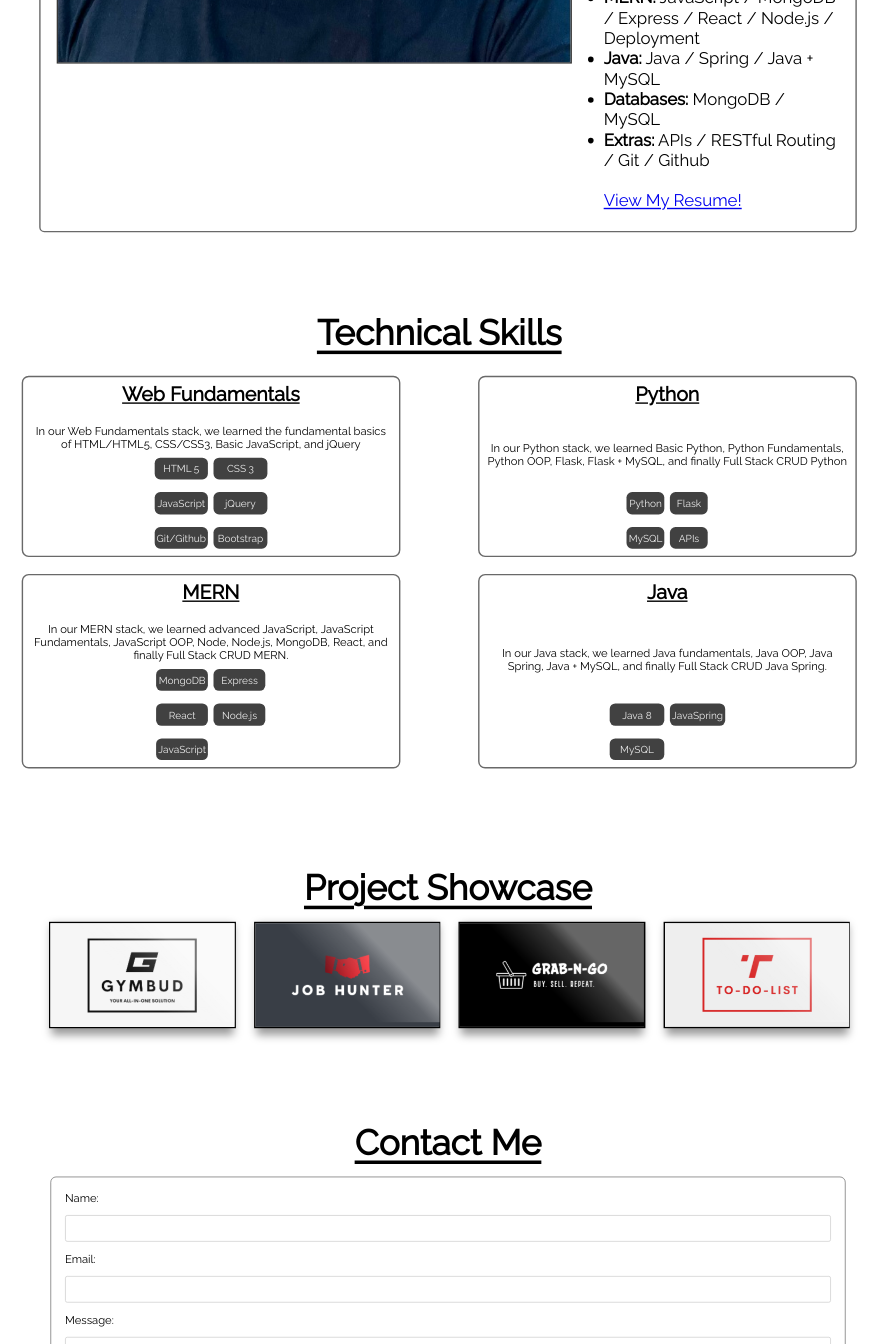
Repository: RICHIE-YIN/Personal-Portfolio
Page: index.html
The author's editor kept a copy of each file at every save. The page is drawn from the files as they stood at one save, then again after the next save.
The browser window is 1280 px wide. The pictures show the part of the page from y = 2067 to 3987 px (the page is 4251 px tall), at 70% of full size.
Some web fonts or font styles are not loaded; a fallback is used.

Above is the page before, as saved 2023-06-12 17:07:11.
Console error: ReferenceError: $ is not defined

After the next save:
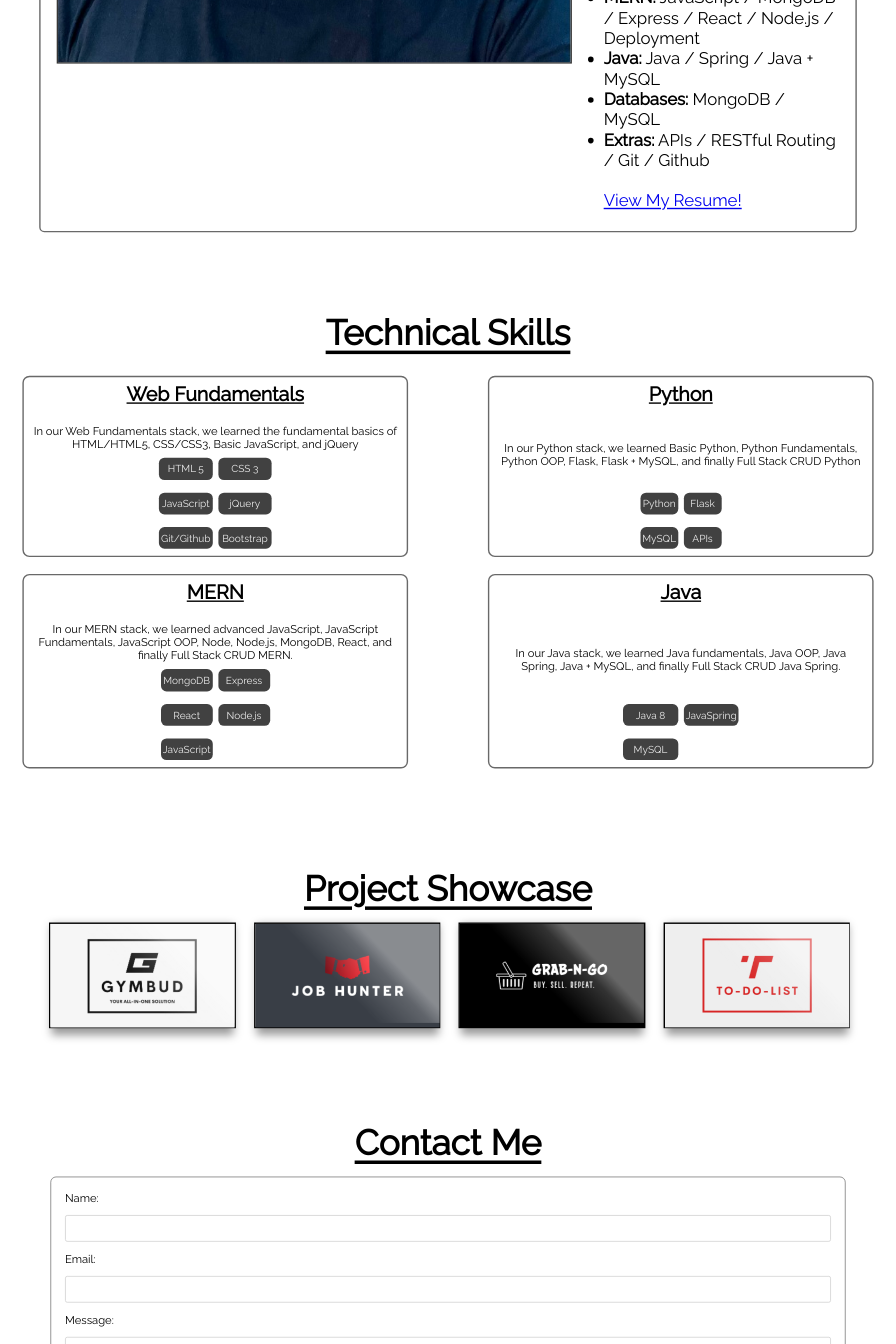
Saved 6 s later.
--- a/styles.css
+++ b/styles.css
@@ -294,7 +294,7 @@ display: none;
     align-items: center;
     margin-bottom: 4rem;
     /* padding-left: 25px; */
-    padding-right: 25px;
+    /* padding-right: 25px; */
 }
 
 .skills-section h2 {
